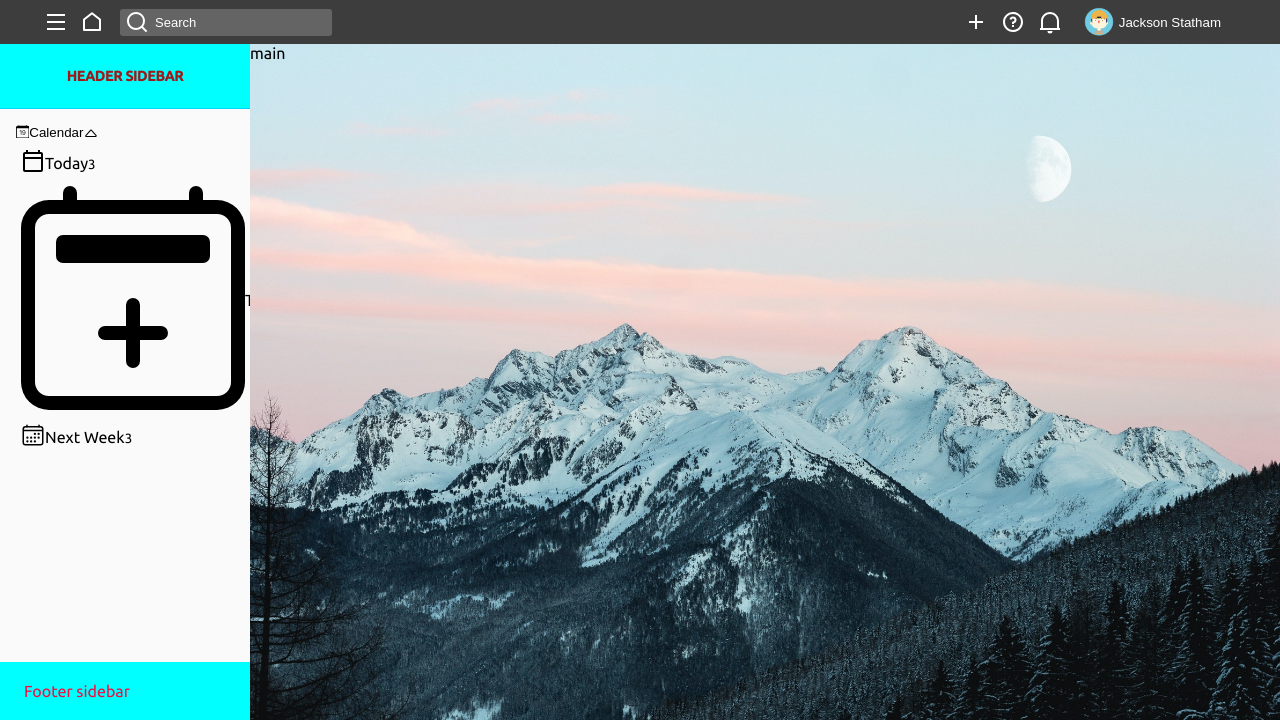
Repository: huuthe1999/to-do-list
Page: /
These files come from the project's save history. The page is drawn as it stood at one moment and after the next save; the edit follows.
The browser window is 1280 px wide. The pictures show the whole page.
The project was rebuilt for these pictures with package versions that can differ from the ones it lists, and the page was loaded fresh each time. Also part of the build but not shown: src/components/form/addForm/addForm.scss, src/components/form/addForm/AddForm.js, src/components/modal/modal.scss, src/components/modal/Modal.js.

Above is the page before, as saved 2022-02-17 14:32:31.

### public/index.html
<!DOCTYPE html>
<html lang="en">
	<head>
		<meta charset="utf-8" />
		<link rel="icon" href="%PUBLIC_URL%/favicon.ico" />
		<meta name="viewport" content="width=device-width, initial-scale=1" />
		<meta name="theme-color" content="#000000" />
		<meta
			name="description"
			content="Web site created using create-react-app"
		/>
		<link rel="apple-touch-icon" href="%PUBLIC_URL%/logo192.png" />
		<!--
      manifest.json provides metadata used when your web app is installed on a
      user's mobile device or desktop. See https://developers.google.com/web/fundamentals/web-app-manifest/
    -->
		<link rel="manifest" href="%PUBLIC_URL%/manifest.json" />
		<!--
      Notice the use of %PUBLIC_URL% in the tags above.
      It will be replaced with the URL of the `public` folder during the build.
      Only files inside the `public` folder can be referenced from the HTML.

      Unlike "/favicon.ico" or "favicon.ico", "%PUBLIC_URL%/favicon.ico" will
      work correctly both with client-side routing and a non-root public URL.
      Learn how to configure a non-root public URL by running `npm run build`.
    -->
		<title>React Redux App</title>
	</head>
	<body>
		<noscript>You need to enable JavaScript to run this app.</noscript>
		<div id="modal"></div>
		<div id="root"></div>
		<!--
      This HTML file is a template.
      If you open it directly in the browser, you will see an empty page.

      You can add webfonts, meta tags, or analytics to this file.
      The build step will place the bundled scripts into the <body> tag.

      To begin the development, run `npm start` or `yarn start`.
      To create a production bundle, use `npm run build` or `yarn build`.
    --></body>
</html>

### src/index.js
import React from 'react';
import ReactDOM from 'react-dom';
import { Provider } from 'react-redux';
import App from './App';
import { store } from './app/store';

ReactDOM.render(
	<React.StrictMode>
		<Provider store={store}>
			<App />
		</Provider>
	</React.StrictMode>,
	document.getElementById('root'),
);

### src/App.js
import React from 'react';
// import { Counter } from './features/counter/Counter';
import './App.scss';
import Main from './components/main/Main';
import SideBar from './components/sideBar/SideBar';
import TopBar from './components/topBar/TopBar';
function App() {
	return (
		<div className='app'>
			<TopBar />
			<div className='container'>
				<SideBar />
				<Main />
			</div>
		</div>
	);
}

export default App;

### src/App.scss
@import url('https://fonts.googleapis.com/css2?family=Ubuntu:wght@300;400;500&display=swap');
*,
*::before,
*::after {
	margin: 0;
	padding: 0;
	box-sizing: border-box;
}

:root {
	--icon-color: #fff;
	--icon-size: 40px;

	--bg: rgb(53, 42, 42);
	--bg-input: hsla(0, 0%, 100%, 0.2);
	// Header
	--hd-text-color: #ffffff;
	--hd-icon-color-hover: #202020;
}

.app {
	font-family: 'Ubuntu', sans-serif;
	font-size: 16px;
	width: 100vw;
	height: 100vh;
	background-color: var(--bg);
	overflow: hidden;
}

.container {
	display: flex;
	height: calc(100% - 44px);
}

button {
	border: none;
	outline: none;
	cursor: pointer;
	background-color: transparent;
}

a {
	text-decoration: none;
}

ul {
	list-style-type: none;
}

### src/components/main/Main.js
import './main.scss';

const Main = () => {
	return <div className='main'>main</div>;
};

export default Main;

### src/components/sideBar/SideBar.js
import Calendar from '../calendar/Calendar';
import './sideBar.scss';

const SideBar = () => {
	return (
		<div className='sidebar'>
			<div className='sidebar__inner'>
				<div className='sidebar__layout'>
					<div className='sidebar__layout-header'>
						<p>Header sidebar</p>
					</div>
					<div className='sidebar__layout-content'>
						<Calendar />
					</div>
					<div className='sidebar__layout-footer'>Footer sidebar</div>
				</div>
			</div>
		</div>
	);
};

export default SideBar;

### src/components/topBar/TopBar.js
import { useState } from 'react';
import {
	RiAddLine,
	RiHomeLine,
	RiMenuLine,
	RiNotification2Line,
	RiQuestionLine,
	RiSearchLine,
} from 'react-icons/ri';
import Avatar from '../../assets/images/avatar.png';
import AddForm from '../form/addForm/AddForm';
import Modal from '../modal/Modal';
import './topbar.scss';
const TopBar = () => {
	const [modal, setShowModal] = useState(false);
	return (
		<header className='topbar'>
			<div className='topbar__inner'>
				<div className='topbar__inner-leftControl'>
					<button className='topbar__button leftControl'>
						<RiMenuLine className='topbar__button-icon' />
					</button>

					<button className='topbar__button leftControl'>
						<RiHomeLine className='topbar__button-icon' />
					</button>
					<div className='topbar__inner-leftControl-search'>
						<RiSearchLine className='topbar__button-icon topbar__button-icon-search' />
						<input type='text' placeholder='Search' />
					</div>
				</div>
				<div className='topbar__inner-rightControl'>
					<Modal showModal={modal} setShowModal={setShowModal}>
						<AddForm setShowModal={setShowModal} />
					</Modal>
					<button className='topbar__button rightControl'>
						<RiAddLine
							className='topbar__button-icon'
							onClick={() => setShowModal(true)}
						/>
					</button>
					<button className='topbar__button rightControl'>
						<RiQuestionLine className='topbar__button-icon' />
					</button>
					<button className='topbar__button rightControl'>
						<RiNotification2Line className='topbar__button-icon' />
					</button>
					<button className='topbar__button info'>
						<img src={Avatar} alt='avatar' />
						<p>Jackson Statham</p>
					</button>
				</div>
			</div>
		</header>
	);
};

export default TopBar;

### src/features/counter/counterSlice.js
import { createAsyncThunk, createSlice } from '@reduxjs/toolkit';
import { fetchCount } from './counterAPI';

const initialState = {
  value: 0,
  status: 'idle',
};

// The function below is called a thunk and allows us to perform async logic. It
// can be dispatched like a regular action: `dispatch(incrementAsync(10))`. This
// will call the thunk with the `dispatch` function as the first argument. Async
// code can then be executed and other actions can be dispatched. Thunks are
// typically used to make async requests.
export const incrementAsync = createAsyncThunk(
  'counter/fetchCount',
  async (amount) => {
    const response = await fetchCount(amount);
    // The value we return becomes the `fulfilled` action payload
    return response.data;
  }
);

export const counterSlice = createSlice({
  name: 'counter',
  initialState,
  // The `reducers` field lets us define reducers and generate associated actions
  reducers: {
    increment: (state) => {
      // Redux Toolkit allows us to write "mutating" logic in reducers. It
      // doesn't actually mutate the state because it uses the Immer library,
      // which detects changes to a "draft state" and produces a brand new
      // immutable state based off those changes
      state.value += 1;
    },
    decrement: (state) => {
      state.value -= 1;
    },
    // Use the PayloadAction type to declare the contents of `action.payload`
    incrementByAmount: (state, action) => {
      state.value += action.payload;
    },
  },
  // The `extraReducers` field lets the slice handle actions defined elsewhere,
  // including actions generated by createAsyncThunk or in other slices.
  extraReducers: (builder) => {
    builder
      .addCase(incrementAsync.pending, (state) => {
        state.status = 'loading';
      })
      .addCase(incrementAsync.fulfilled, (state, action) => {
        state.status = 'idle';
        state.value += action.payload;
      });
  },
});

export const { increment, decrement, incrementByAmount } = counterSlice.actions;

// The function below is called a selector and allows us to select a value from
// the state. Selectors can also be defined inline where they're used instead of
// in the slice file. For example: `useSelector((state: RootState) => state.counter.value)`
export const selectCount = (state) => state.counter.value;

// We can also write thunks by hand, which may contain both sync and async logic.
// Here's an example of conditionally dispatching actions based on current state.
export const incrementIfOdd = (amount) => (dispatch, getState) => {
  const currentValue = selectCount(getState());
  if (currentValue % 2 === 1) {
    dispatch(incrementByAmount(amount));
  }
};

export default counterSlice.reducer;

### src/components/main/main.scss
.main {
	width: 100%;
	height: 100%;
	background-image: url(../../assets/images/bg_main.jpg);
	background-repeat: no-repeat;
	background-size: cover;
	overflow-y: auto;
}

### src/components/calendar/Calendar.js
import React from 'react';
import { BsCalendar2Plus, BsCalendarDate, BsCaretUp } from 'react-icons/bs';
import { IoCalendarOutline } from 'react-icons/io5';
import { MdOutlineCalendarToday } from 'react-icons/md';
import './calendar.scss';
import CalendarItem from './calendarItem/CalendarItem';
const calendarList = [
	{ id: 1, name: 'Today', icon: <MdOutlineCalendarToday size='24px' /> },
	{ id: 2, name: 'Tomorrow', icon: <BsCalendar2Plus size='224px' /> },
	{ id: 3, name: 'Next Week', icon: <IoCalendarOutline size='24px' /> },
];
const Calendar = () => {
	return (
		<div className='calendar'>
			<div className='calendar__header'>
				<button className='calendar__header--title'>
					<BsCalendarDate />
					<p>Calendar</p>
				</button>
				<div className='calendar__header--expand'>
					<span>
						<BsCaretUp />
					</span>
				</div>
			</div>
			<div className='calendar__content'>
				<div className='calendar__content--wrapper'>
					<div className='calendar__content--wrapper--inner'>
						<ul className='calendar__content--list'>
							{calendarList.map(({ id, name, icon }) => (
								<CalendarItem
									key={id}
									name={name}
									icon={icon}
								/>
							))}
						</ul>
					</div>
				</div>
			</div>
		</div>
	);
};

export default Calendar;

### src/components/sideBar/sideBar.scss
.sidebar {
	position: relative;
	z-index: 109;
	height: 100%;
	background-color: aqua;
	min-width: 250px;
	width: 300px;
	transition: all 0.3s cubic-bezier(0.4, 0, 0.2, 1);

	&__inner {
		height: 100%;
		position: relative;
		z-index: 101;
	}

	&__layout {
		height: 100%;
		overflow-y: auto;
		overflow-x: hidden;
		display: flex;
		flex-direction: column;
		position: relative;
		z-index: 101;

		&-header {
			border-bottom: 1px solid rgba(8, 41, 228, 0.2);

			p {
				text-align: center;
				color: rgb(160, 25, 25);
				padding: 24px;
				font-weight: bold;
				font-size: 14px;
				text-transform: uppercase;
			}
		}

		&-content {
			flex-grow: 1;
			padding: 1rem 0.5rem 1rem 1rem;
			background-color: #fafafa;
		}

		&-footer {
			padding: 20px 24px;
			color: rgb(245, 12, 62);
		}
	}
}

### src/components/topBar/topbar.scss
.topbar {
	display: flex;
	justify-content: center;
	align-items: center;
	background-color: #3d3d3d;
	flex-shrink: 0;
	padding: 0px 42px;
	font-size: 13px;
	color: #202020;
	height: 44px;

	&__inner {
		display: flex;
		justify-content: space-between;
		background-color: transparent;
		width: 100%;
		height: 100%;

		&-leftControl {
			display: flex;
			align-items: center;
			justify-content: flex-start;

			&-search {
				display: flex;
				align-items: center;
				position: relative;
				margin-left: 6px;

				&:hover {
					input {
						background-color: var(--hd-text-color);
						&::placeholder {
							color: var(--hd-icon-color-hover);
						}
					}
					* {
						color: var(--hd-icon-color-hover);
					}
				}

				input {
					font-size: 13px;
					color: var(--hd-text-color);
					background-color: var(--bg-input);
					outline: 0;
					border-radius: 3px;
					border: 1px solid transparent;
					padding: 5px 0 5px 34px;
					transition: all 0.15s cubic-bezier(0.4, 0, 0.2, 0.1);
					transition-property: background-color;

					&::placeholder {
						color: var(--hd-text-color);
					}
				}
			}
		}

		&-rightControl {
			display: flex;
			align-items: center;
			height: 44px;
			padding: 0px 12px;

			img {
				width: 100%;
				height: 100%;
			}
		}
	}

	&__button {
		display: flex;
		justify-content: center;
		align-items: center;
		border-radius: 3px;

		&:hover {
			background-color: var(--bg-input);
		}

		&.leftControl {
			height: 28px;
			min-width: 28px;
			margin-right: 8px;
		}

		&.rightControl {
			height: 32px;
			min-width: 32px;
			margin-left: 5px;
		}

		&.info {
			height: 100%;
			color: var(--hd-text-color);
			margin-left: 8px;
			padding: 0px 5px;
			img {
				width: 40px;
				height: 40px;
			}
		}
		&-icon {
			font-size: 24px;
			color: var(--icon-color);

			&-search {
				position: absolute;
				left: 5px;
				top: 50%;
				transform: translateY(-50%);
				color: var(--icon-color);
			}
		}
	}
}

### src/components/calendar/calendar.scss
.calendar {
	width: 100%;

	&__header {
		display: flex;

		&--title {
			display: flex;
		}
	}
	&__content {
		height: auto;

		&--wrapper {
			display: flex;

			&--inner {
				width: 100%;
			}
		}
	}
}

### src/components/calendar/calendarItem/CalendarItem.js
import './calendarItem.scss';
const CalendarItem = ({ name, icon }) => {
	return (
		<li className='calendar__content--item'>
			<span className='calendar__content--item-icon'>{icon}</span>
			<span className='calendar__content--item-content'>
				{name}
				<small>3</small>
			</span>
		</li>
	);
};

export default CalendarItem;

### src/components/calendar/calendarItem/calendarItem.scss
.calendar__content--item {
	border-radius: 5px;
	display: flex;
	align-items: center;
	padding: 5px 16px 5px 5px;
	cursor: pointer;
	background-color: transparent;

	&:hover {
		background: #ececec;
	}
}

Loaded but not shown: src/app/store.js (common file); src/features/counter/counterAPI.js (common file)

After the next save:
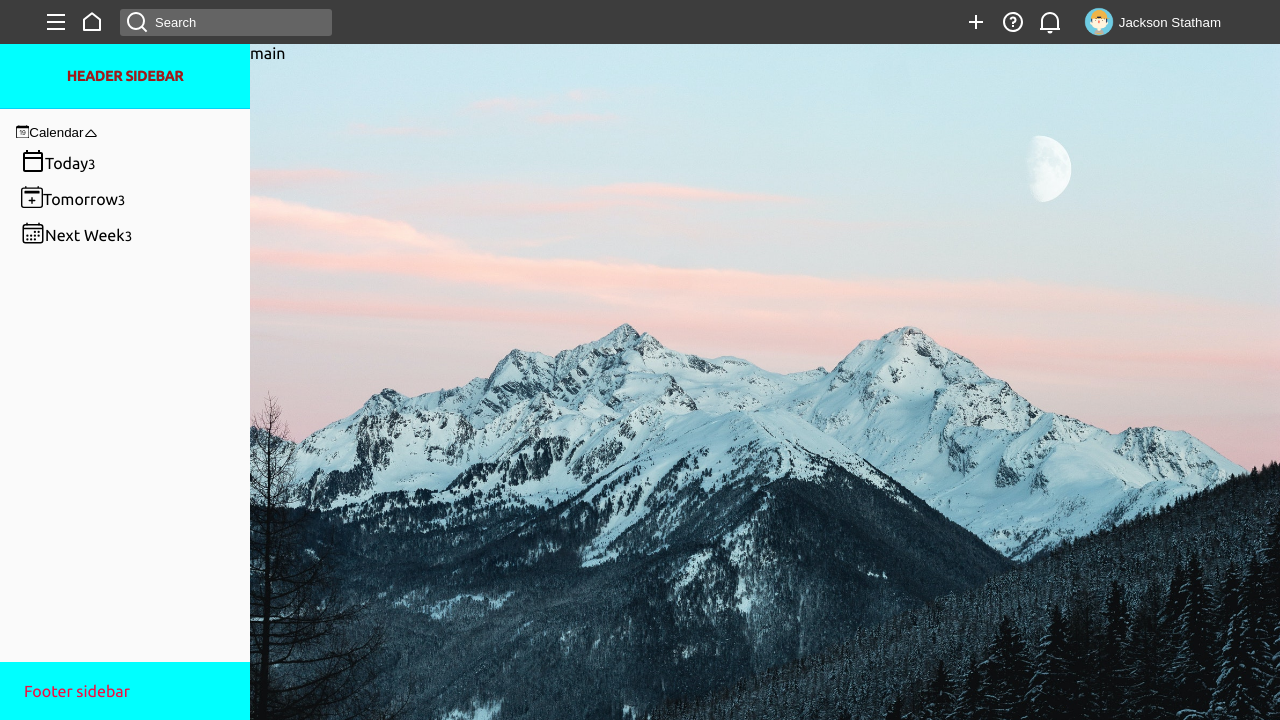
Saved 5 s later.
--- a/src/components/calendar/Calendar.js
+++ b/src/components/calendar/Calendar.js
@@ -6,7 +6,7 @@ import './calendar.scss';
 import CalendarItem from './calendarItem/CalendarItem';
 const calendarList = [
 	{ id: 1, name: 'Today', icon: <MdOutlineCalendarToday size='24px' /> },
-	{ id: 2, name: 'Tomorrow', icon: <BsCalendar2Plus size='224px' /> },
+	{ id: 2, name: 'Tomorrow', icon: <BsCalendar2Plus size='22px' /> },
 	{ id: 3, name: 'Next Week', icon: <IoCalendarOutline size='24px' /> },
 ];
 const Calendar = () => {
